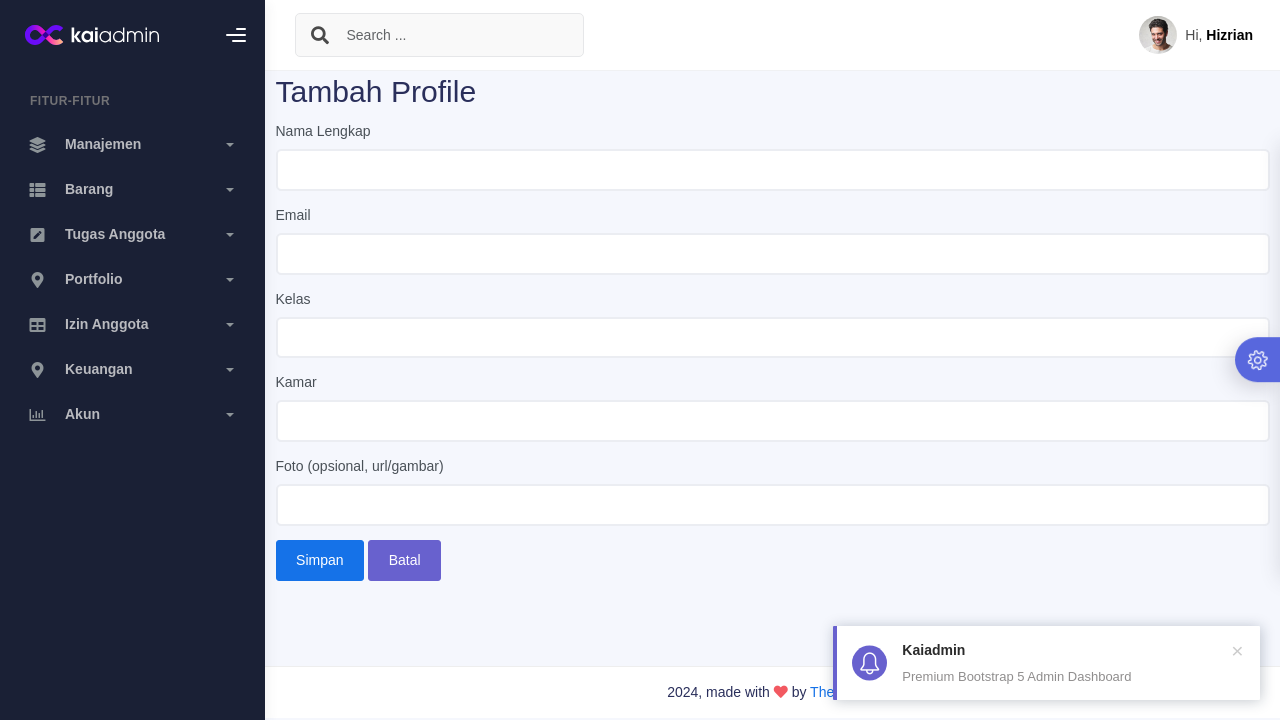
Repository: fatkquladhim/multimedia_laravel
Page: resources/views/profile/create.blade.php
These files come from the project's save history. The page is drawn as it stood at one moment and after the next save; the edit follows.
The browser window is 1280 px wide. The pictures show the whole page.
Some web fonts or font styles are not loaded; a fallback is used. The page is served by the project's Laravel application, run on PHP 8.4 with Laravel 12. Other server files are loaded and not shown. The template is opened directly, without the code that normally fills it, so the values that code supplies are empty.

Above is the page before, as saved 2025-08-17 09:43:56.
Console error: ReferenceError: jsVectorMap is not defined

### routes/web.php
<?php

use Illuminate\Support\Facades\Route;
use Illuminate\Support\Facades\Auth;

Route::get('/', function () {
    return view('welcome');
});

// Authentication Routes
Route::get('login', [App\Http\Controllers\AuthController::class, 'showLoginForm'])->name('login');
Route::post('login', [App\Http\Controllers\AuthController::class, 'login']);
Route::get('register', [App\Http\Controllers\AuthController::class, 'showRegisterForm'])->name('register');
Route::post('register', [App\Http\Controllers\AuthController::class, 'register']);
Route::post('logout', [App\Http\Controllers\AuthController::class, 'logout'])->name('logout');

Route::middleware(['auth'])->group(function () {
    Route::get('/dashboard', function () {
        $user = Auth::user();
        if ($user && $user->role === 'admin') {
            return redirect()->route('dashboard.admin');
        } else {
            return redirect()->route('dashboard.user');
        }
    })->name('dashboard');

    Route::get('/dashboard/admin', function () {
        return view('dashboard.admin');
    })->name('dashboard.admin');

    Route::get('/dashboard/user', function () {
        return view('dashboard.user');
    })->name('dashboard.user');

    Route::resource('alat', App\Http\Controllers\AlatController::class);
    Route::resource('anggota', App\Http\Controllers\AnggotaController::class);
    Route::resource('izin-malam', App\Http\Controllers\IzinMalamController::class);
    Route::resource('izin-nugas', App\Http\Controllers\IzinNugasController::class);
    Route::resource('keuangan', App\Http\Controllers\KeuanganController::class);
    Route::resource('legalisasi-laptop', App\Http\Controllers\LegalisasiLaptopController::class);
    Route::resource('peminjaman-barang', App\Http\Controllers\PeminjamanBarangController::class);
    Route::resource('penyewaan-barang', App\Http\Controllers\PenyewaanBarangController::class);
    Route::resource('profile', App\Http\Controllers\ProfileController::class);
    Route::resource('portfolio', App\Http\Controllers\PortfolioController::class);
    Route::resource('tugas', App\Http\Controllers\TugasController::class);
    Route::resource('tugas-jawaban', App\Http\Controllers\TugasJawabanController::class);
    Route::resource('users', App\Http\Controllers\UserController::class)->middleware('admin');
});

### resources/views/profile/create.blade.php
@extends('layouts.master')
@section('content')
<div class="container">
    <h1>Tambah Profile</h1>
    <form action="{{ route('profile.store') }}" method="POST">
        @csrf
        <div class="mb-3">
            <label for="nama_lengkap" class="form-label">Nama Lengkap</label>
            <input type="text" name="nama_lengkap" class="form-control">
        </div>
        <div class="mb-3">
            <label for="email" class="form-label">Email</label>
            <input type="email" name="email" class="form-control">
        </div>
        <div class="mb-3">
            <label for="kelas" class="form-label">Kelas</label>
            <input type="text" name="kelas" class="form-control">
        </div>
        <div class="mb-3">
            <label for="kamar" class="form-label">Kamar</label>
            <input type="text" name="kamar" class="form-control">
        </div>
        <div class="mb-3">
            <label for="foto" class="form-label">Foto (opsional, url/gambar)</label>
            <input type="text" name="foto" class="form-control">
        </div>
        <button type="submit" class="btn btn-primary">Simpan</button>
        <a href="{{ route('profile.index') }}" class="btn btn-secondary">Batal</a>
    </form>
</div>
@endsection

### resources/views/layouts/master.blade.php
<!DOCTYPE html>
<html lang="en">
  <head>
    <meta http-equiv="X-UA-Compatible" content="IE=edge" />
    <title>Kaiadmin - Bootstrap 5 Admin Dashboard</title>
    <meta
      content="width=device-width, initial-scale=1.0, shrink-to-fit=no"
      name="viewport"
    />
    <!-- <link
      rel="icon"
      href="assets/img/kaiadmin/favicon.ico"
      type="image/x-icon"
    /> -->

    <!-- Fonts and icons -->
    <script src="{{ asset('js/plugin/webfont/webfont.min.js') }}"></script>
    <script>
      WebFont.load({
        google: { families: ["Public Sans:300,400,500,600,700"] },
        custom: {
          families: [
            "Font Awesome 5 Solid",
            "Font Awesome 5 Regular",
            "Font Awesome 5 Brands",
            "simple-line-icons",
          ],
          urls: ["{{ asset('css/fonts.min.css') }}"],
        },
        active: function () {
          sessionStorage.fonts = true;
        },
      });
    </script>

    <!-- CSS Files -->
    <link rel="stylesheet" href="{{ asset('css/bootstrap.min.css') }}" />
    <link rel="stylesheet" href="{{ asset('css/plugins.min.css') }}" />
    <link rel="stylesheet" href="{{ asset('css/kaiadmin.min.css') }}" />

    <!-- CSS Just for demo purpose, don't include it in your project -->
    <link rel="stylesheet" href="{{ asset('css/demo.css') }}" />
  </head>
  <body>
    <div class="wrapper">
      <!-- Sidebar -->
      @include('partials.sidebar')
      <!-- End Sidebar -->

      <div class="main-panel">
        <div class="main-header">
          <div class="main-header-logo">
            <!-- Logo Header -->
            <div class="logo-header" data-background-color="dark">
              <a href="index.html" class="logo">
                  <img
                    src="{{ asset('img/kaiadmin/logo_light.svg') }}"
                    alt="navbar brand"
                    class="navbar-brand"
                    height="20"
                  />
              </a>
              <div class="nav-toggle">
                <button class="btn btn-toggle toggle-sidebar">
                  <i class="gg-menu-right"></i>
                </button>
                <button class="btn btn-toggle sidenav-toggler">
                  <i class="gg-menu-left"></i>
                </button>
              </div>
              <button class="topbar-toggler more">
                <i class="gg-more-vertical-alt"></i>
              </button>
            </div>
            <!-- End Logo Header -->
          </div>
          <!-- Navbar Header -->
          @include('partials.header')
          <!-- End Navbar -->
        </div>

        <div class="container">
          @yield('content')
        </div>
        {{-- footer --}}
        @include('partials.footer')
      </div>

      <!-- Custom template | don't include it in your project! -->
      <div class="custom-template">
        @include('partials.custom')
      </div>
      <!-- End Custom template -->
    </div>
    <!--   Core JS Files   -->
    <script src="{{ asset('js/core/jquery-3.7.1.min.js') }}"></script>
    <script src="{{ asset('js/core/popper.min.js') }}"></script>
    <script src="{{ asset('js/core/bootstrap.min.js') }}"></script>

    <!-- jQuery Scrollbar -->
    <script src="{{ asset('js/plugin/jquery-scrollbar/jquery.scrollbar.min.js') }}"></script>

    <!-- Chart JS -->
    <script src="{{ asset('js/plugin/chart.js/chart.min.js') }}"></script>

    <!-- jQuery Sparkline -->
    <script src="{{ asset('js/plugin/jquery.sparkline/jquery.sparkline.min.js') }}"></script>

    <!-- Chart Circle -->
    <script src="{{ asset('js/plugin/chart-circle/circles.min.js') }}"></script>

    <!-- Datatables -->
    <script src="{{ asset('js/plugin/datatables/datatables.min.js') }}"></script>

    <!-- Bootstrap Notify -->
    <script src="{{ asset('js/plugin/bootstrap-notify/bootstrap-notify.min.js') }}"></script>

    <!-- Sweet Alert -->
    <script src="{{ asset('js/plugin/sweetalert/sweetalert.min.js') }}"></script>

    <!-- Kaiadmin JS -->
    <script src="{{ asset('js/kaiadmin.min.js') }}"></script>

    <!-- Kaiadmin DEMO methods, don't include it in your project! -->
    <script src="{{ asset('js/setting-demo.js') }}"></script>
    <script src="{{ asset('js/demo.js') }}"></script>
    <script>
      $("#lineChart").sparkline([102, 109, 120, 99, 110, 105, 115], {
        type: "line",
        height: "70",
        width: "100%",
        lineWidth: "2",
        lineColor: "#177dff",
        fillColor: "rgba(23, 125, 255, 0.14)",
      });

      $("#lineChart2").sparkline([99, 125, 122, 105, 110, 124, 115], {
        type: "line",
        height: "70",
        width: "100%",
        lineWidth: "2",
        lineColor: "#f3545d",
        fillColor: "rgba(243, 84, 93, .14)",
      });

      $("#lineChart3").sparkline([105, 103, 123, 100, 95, 105, 115], {
        type: "line",
        height: "70",
        width: "100%",
        lineWidth: "2",
        lineColor: "#ffa534",
        fillColor: "rgba(255, 165, 52, .14)",
      });
    </script>
  </body>
</html>

### resources/views/partials/header.blade.php
    <nav
    class="navbar navbar-header navbar-header-transparent navbar-expand-lg border-bottom"
    >
    <div class="container-fluid">
        <nav
        class="navbar navbar-header-left navbar-expand-lg navbar-form nav-search p-0 d-none d-lg-flex"
        >
        <div class="input-group">
            <div class="input-group-prepend">
            <button type="submit" class="btn btn-search pe-1">
                <i class="fa fa-search search-icon"></i>
            </button>
            </div>
            <input
            type="text"
            placeholder="Search ..."
            class="form-control"
            />
        </div>
        </nav>

        <ul class="navbar-nav topbar-nav ms-md-auto align-items-center">
        <li
            class="nav-item topbar-icon dropdown hidden-caret d-flex d-lg-none"
        >
            <a
            class="nav-link dropdown-toggle"
            data-bs-toggle="dropdown"
            href="#"
            role="button"
            aria-expanded="false"
            aria-haspopup="true"
            >
            <i class="fa fa-search"></i>
            </a>
            <ul class="dropdown-menu dropdown-search animated fadeIn">
            <form class="navbar-left navbar-form nav-search">
                <div class="input-group">
                <input
                    type="text"
                    placeholder="Search ..."
                    class="form-control"
                />
                </div>
            </form>
            </ul>
        </li>
        <!-- <!-- <li class="nav-item topbar-icon dropdown hidden-caret">
            <a
            class="nav-link dropdown-toggle"
            href="#"
            id="messageDropdown"
            role="button"
            data-bs-toggle="dropdown"
            aria-haspopup="true"
            aria-expanded="false"
            >
            <i class="fa fa-envelope"></i>
            </a>
            <ul
            class="dropdown-menu messages-notif-box animated fadeIn"
            aria-labelledby="messageDropdown"
            >
            <li>
                <div
                class="dropdown-title d-flex justify-content-between align-items-center"
                >
                Messages
                <a href="#" class="small">Mark all as read</a>
                </div>
            </li>
            <li>
                <div class="message-notif-scroll scrollbar-outer">
                <div class="notif-center">
                    <a href="#">
                    <div class="notif-img">
                        <img
                        src="assets/img/jm_denis.jpg"
                        alt="Img Profile"
                        />
                    </div>
                    <div class="notif-content">
                        <span class="subject">Jimmy Denis</span>
                        <span class="block"> How are you ? </span>
                        <span class="time">5 minutes ago</span>
                    </div>
                    </a>
                    <a href="#">
                    <div class="notif-img">
                        <img
                        src="assets/img/chadengle.jpg"
                        alt="Img Profile"
                        />
                    </div>
                    <div class="notif-content">
                        <span class="subject">Chad</span>
                        <span class="block"> Ok, Thanks ! </span>
                        <span class="time">12 minutes ago</span>
                    </div>
                    </a>
                    <a href="#">
                    <div class="notif-img">
                        <img
                        src="assets/img/mlane.jpg"
                        alt="Img Profile"
                        />
                    </div>
                    <div class="notif-content">
                        <span class="subject">Jhon Doe</span>
                        <span class="block">
                        Ready for the meeting today...
                        </span>
                        <span class="time">12 minutes ago</span>
                    </div>
                    </a>
                    <a href="#">
                    <div class="notif-img">
                        <img
                        src="assets/img/talha.jpg"
                        alt="Img Profile"
                        />
                    </div>
                    <div class="notif-content">
                        <span class="subject">Talha</span>
                        <span class="block"> Hi, Apa Kabar ? </span>
                        <span class="time">17 minutes ago</span>
                    </div>
                    </a>
                </div>
                </div>
            </li> -->
            <!-- <li>
                <a class="see-all" href="javascript:void(0);"
                >See all messages<i class="fa fa-angle-right"></i>
                </a>
            </li>
            </ul>
        </li> -->
        <li class="nav-item topbar-user dropdown hidden-caret">
            <a
            class="dropdown-toggle profile-pic"
            data-bs-toggle="dropdown"
            href="#"
            aria-expanded="false"
            >
            <div class="avatar-sm">
                <img
                src="{{ asset('img/profile.jpg') }}"
                alt="..."
                class="avatar-img rounded-circle"
                />
            </div>
            <span class="profile-username">
                <span class="op-7">Hi,</span>
                <span class="fw-bold">Hizrian</span>
            </span>
            </a>
            <ul class="dropdown-menu dropdown-user animated fadeIn">
            <div class="dropdown-user-scroll scrollbar-outer">
                <li>
                <div class="user-box">
                    <div class="avatar-lg">
                    <img
                        src="{{ asset('img/profile.jpg') }}"
                        alt="image profile"
                        class="avatar-img rounded"
                    />
                    </div>
                    <div class="u-text">
                    <h4>Hizrian</h4>
                    <p class="text-muted">hello@example.com</p>
                    <a
                        href="{{ url('/profile') }}"
                        class="btn btn-xs btn-secondary btn-sm"
                        >View Profile</a
                    >
                    </div>
                </div>
                </li>
                <li>
                <div class="dropdown-divider"></div>
                <a class="dropdown-item" href="{{ url('/profile') }}">My Profile</a>
                <p class="dropdown-item">cyber</p>
                <div class="dropdown-divider"></div>
                <a class="dropdown-item" href="{{ url('/akun') }}">pengaturan akun</a>
                <div class="dropdown-divider"></div>
                <a class="dropdown-item" href="{{ url('/logout') }}">Logout</a>
                </li>
            </div>
            </ul>
        </li>
        </ul>
    </div>
</nav>

### resources/views/partials/footer.blade.php
<footer class="footer">
    <div class="container-fluid d-flex justify-content-center">
    <div class="copyright">
        2024, made with <i class="fa fa-heart heart text-danger"></i> by
        <a href="http://www.themekita.com">ThemeKita</a>
    </div>
    </div>
</footer>

### resources/views/partials/custom.blade.php
<div class="title">Settings</div>
        <div class="custom-content">
          <div class="switcher">
            <div class="switch-block">
              <h4>Logo Header</h4>
              <div class="btnSwitch">
                <button
                  type="button"
                  class="selected changeLogoHeaderColor"
                  data-color="dark"
                ></button>
                <button
                  type="button"
                  class="changeLogoHeaderColor"
                  data-color="blue"
                ></button>
                <button
                  type="button"
                  class="changeLogoHeaderColor"
                  data-color="purple"
                ></button>
                <button
                  type="button"
                  class="changeLogoHeaderColor"
                  data-color="light-blue"
                ></button>
                <button
                  type="button"
                  class="changeLogoHeaderColor"
                  data-color="green"
                ></button>
                <button
                  type="button"
                  class="changeLogoHeaderColor"
                  data-color="orange"
                ></button>
                <button
                  type="button"
                  class="changeLogoHeaderColor"
                  data-color="red"
                ></button>
                <button
                  type="button"
                  class="changeLogoHeaderColor"
                  data-color="white"
                ></button>
                <br />
                <button
                  type="button"
                  class="changeLogoHeaderColor"
                  data-color="dark2"
                ></button>
                <button
                  type="button"
                  class="changeLogoHeaderColor"
                  data-color="blue2"
                ></button>
                <button
                  type="button"
                  class="changeLogoHeaderColor"
                  data-color="purple2"
                ></button>
                <button
                  type="button"
                  class="changeLogoHeaderColor"
                  data-color="light-blue2"
                ></button>
                <button
                  type="button"
                  class="changeLogoHeaderColor"
                  data-color="green2"
                ></button>
                <button
                  type="button"
                  class="changeLogoHeaderColor"
                  data-color="orange2"
                ></button>
                <button
                  type="button"
                  class="changeLogoHeaderColor"
                  data-color="red2"
                ></button>
              </div>
            </div>
            <div class="switch-block">
              <h4>Navbar Header</h4>
              <div class="btnSwitch">
                <button
                  type="button"
                  class="changeTopBarColor"
                  data-color="dark"
                ></button>
                <button
                  type="button"
                  class="changeTopBarColor"
                  data-color="blue"
                ></button>
                <button
                  type="button"
                  class="changeTopBarColor"
                  data-color="purple"
                ></button>
                <button
                  type="button"
                  class="changeTopBarColor"
                  data-color="light-blue"
                ></button>
                <button
                  type="button"
                  class="changeTopBarColor"
                  data-color="green"
                ></button>
                <button
                  type="button"
                  class="changeTopBarColor"
                  data-color="orange"
                ></button>
                <button
                  type="button"
                  class="changeTopBarColor"
                  data-color="red"
                ></button>
                <button
                  type="button"
                  class="selected changeTopBarColor"
                  data-color="white"
                ></button>
                <br />
                <button
                  type="button"
                  class="changeTopBarColor"
                  data-color="dark2"
                ></button>
                <button
                  type="button"
                  class="changeTopBarColor"
                  data-color="blue2"
                ></button>
                <button
                  type="button"
                  class="changeTopBarColor"
                  data-color="purple2"
                ></button>
                <button
                  type="button"
                  class="changeTopBarColor"
                  data-color="light-blue2"
                ></button>
                <button
                  type="button"
                  class="changeTopBarColor"
                  data-color="green2"
                ></button>
                <button
                  type="button"
                  class="changeTopBarColor"
                  data-color="orange2"
                ></button>
                <button
                  type="button"
                  class="changeTopBarColor"
                  data-color="red2"
                ></button>
              </div>
            </div>
            <div class="switch-block">
              <h4>Sidebar</h4>
              <div class="btnSwitch">
                <button
                  type="button"
                  class="changeSideBarColor"
                  data-color="white"
                ></button>
                <button
                  type="button"
                  class="selected changeSideBarColor"
                  data-color="dark"
                ></button>
                <button
                  type="button"
                  class="changeSideBarColor"
                  data-color="dark2"
                ></button>
              </div>
            </div>
          </div>
        </div>
        <div class="custom-toggle">
          <i class="icon-settings"></i>
        </div>

Loaded but not shown: public/js/plugin/webfont/webfont.min.js (library); public/css/bootstrap.min.css (library); public/css/plugins.min.css (library); public/css/kaiadmin.min.css (library); public/css/fonts.min.css (library); public/js/core/jquery-3.7.1.min.js (library); public/js/core/popper.min.js (library); public/js/core/bootstrap.min.js (library); public/js/plugin/jquery-scrollbar/jquery.scrollbar.min.js (library); public/js/plugin/chart.js/chart.min.js (library); public/js/plugin/jquery.sparkline/jquery.sparkline.min.js (library); public/js/plugin/chart-circle/circles.min.js (library); public/js/plugin/datatables/datatables.min.js (library); public/js/plugin/bootstrap-notify/bootstrap-notify.min.js (library); public/js/plugin/sweetalert/sweetalert.min.js (library); public/js/kaiadmin.min.js (library); public/img/kaiadmin/logo_light.svg (54 lines, source omitted); public/js/demo.js (429 lines, source omitted); public/js/setting-demo.js (105 lines, source omitted); public/css/demo.css (312 lines, source omitted); resources/views/partials/sidebar.blade.php (204 lines, source omitted)

After the next save:
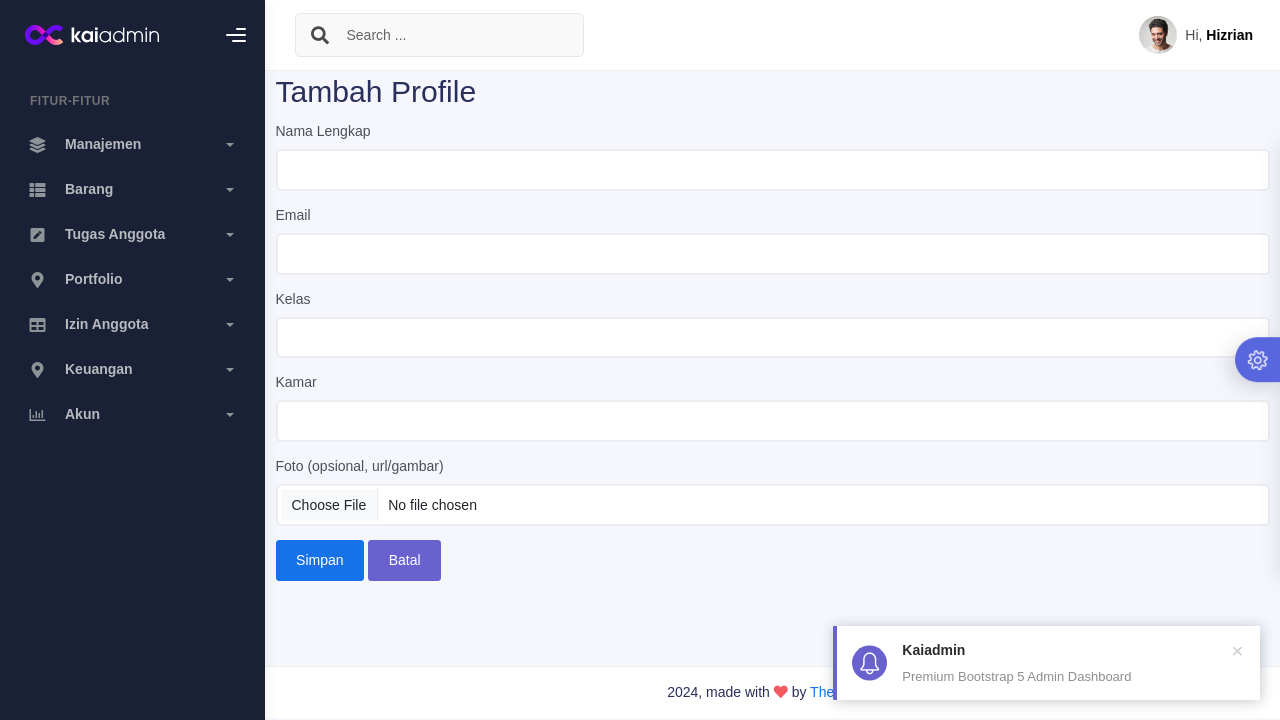
Saved 17 s later.
--- a/resources/views/profile/create.blade.php
+++ b/resources/views/profile/create.blade.php
@@ -22,7 +22,7 @@
         </div>
         <div class="mb-3">
             <label for="foto" class="form-label">Foto (opsional, url/gambar)</label>
-            <input type="text" name="foto" class="form-control">
+            <input type="file" name="foto" class="form-control">
         </div>
         <button type="submit" class="btn btn-primary">Simpan</button>
         <a href="{{ route('profile.index') }}" class="btn btn-secondary">Batal</a>
